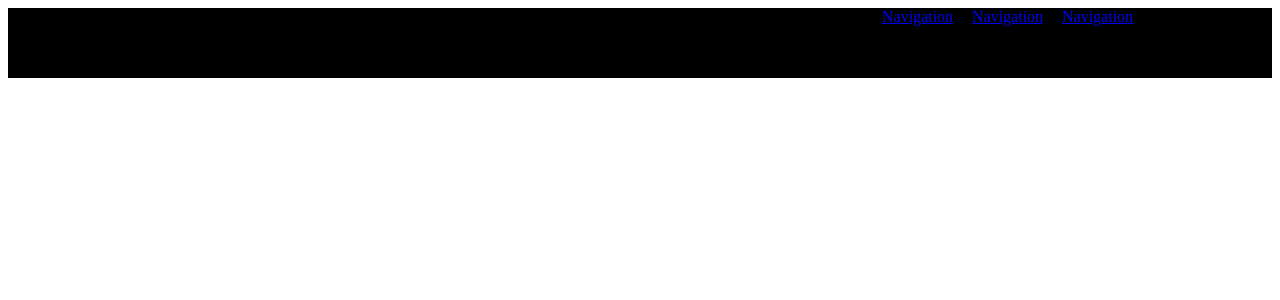
Repository: piotrokrutniak/Projekt-Studia
Page: index.html
An editor plug-in stored every save of this project. The page is shown before and after the next save, followed by the edit.
The browser window is 1280 px wide. The pictures show the whole page.

Above is the page before, as saved 2023-03-04 02:28:52.

After the next save:
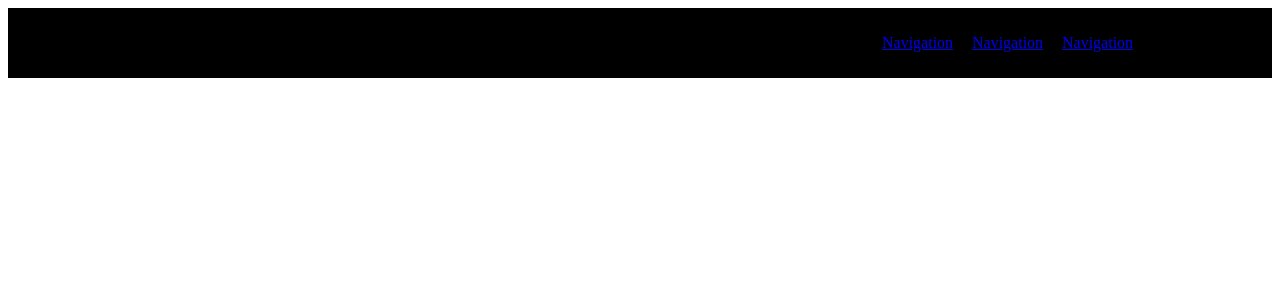
Saved 4 s later.
--- a/styles.css
+++ b/styles.css
@@ -15,6 +15,9 @@
     display: flex;
     flex-direction:row;
     justify-content: space-between;
+        top: 50%;
+    -ms-transform: translateY(-50%);
+    transform: translateY(-50%);
 
 }
 
